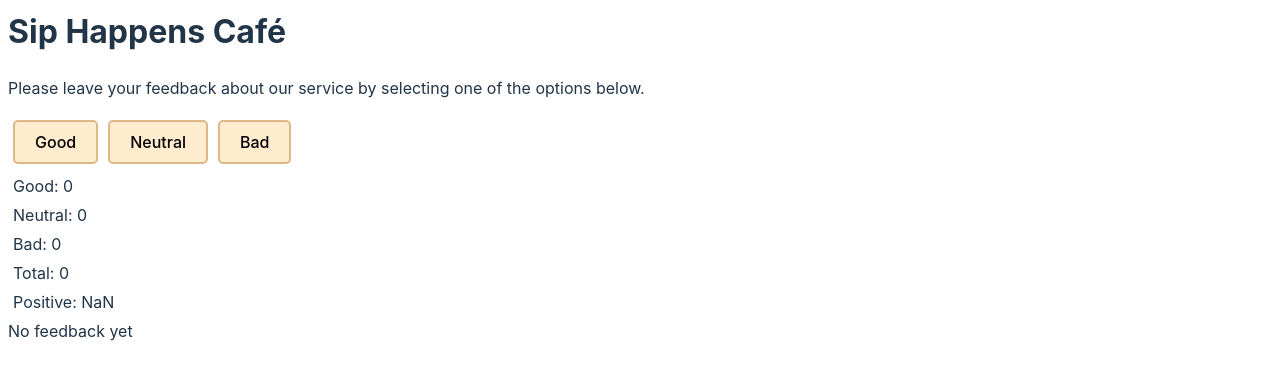
Repository: Evgeniya-Tishakova/goit-react-hw-02
Page: /
The author's editor kept a copy of each file at every save. The page is drawn from the files as they stood at one save, then again after the next save.
The browser window is 1280 px wide. The pictures show the whole page.
The project was rebuilt for these pictures with package versions that can differ from the ones it lists, and the page was loaded fresh each time. Also part of the build but not shown: vite.config.js.

Above is the page before, as saved 2025-02-28 17:26:20.

After the next save:
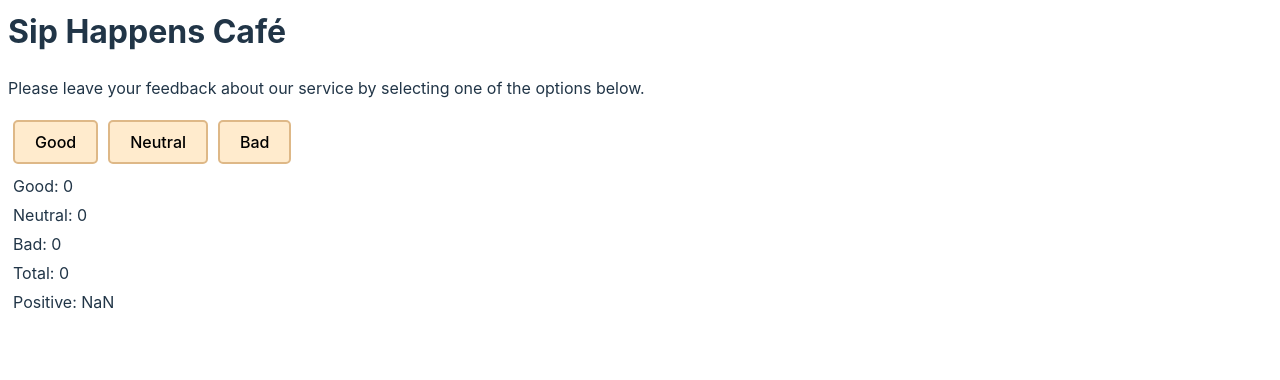
Saved 53 s later.
--- a/src/components/App/App.jsx
+++ b/src/components/App/App.jsx
@@ -37,14 +37,13 @@ export default function App() {
         updateFeedback={updateFeedback}
         resetFeedback={resetFeedback}
         isShown={totalFeedback > 0}
-        desabled={!totalFeedback}
       />
       <Feedback
         rewiewType={rewiewType}
         totalFeedback={totalFeedback}
         positiveFeedback={positiveFeedback}
       />
-      {totalFeedback <= 0 && <Notification />}
+      {totalFeedback < 0 && <Notification />}
     </>
   );
 }
